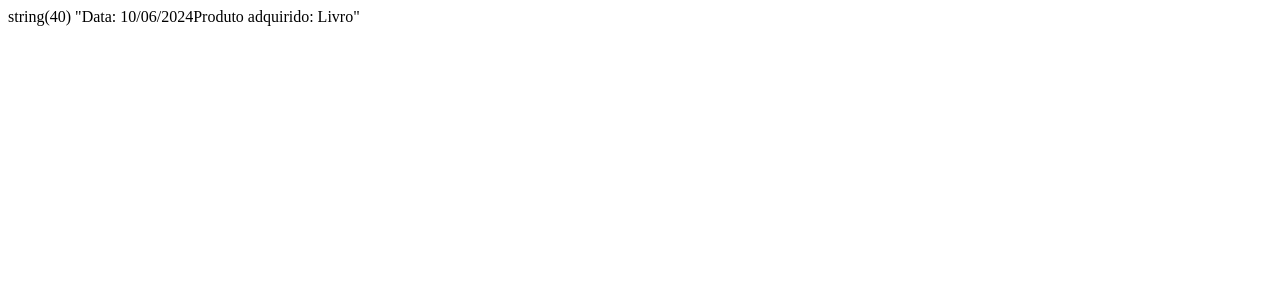
Repository: DiegoCamaraDev/exercicioPhp
Page: http://localhost/vendas.php
These files come from the project's save history. The page is drawn as it stood at one moment and after a run of saves; the edit follows.
The browser window is 1280 px wide. The pictures show the whole page.
The page is run by PHP 8.4 with error messages shown; the project is at /var/www/html/.

Above is the page before, as saved 2024-06-10 15:13:07.

After the next 6 saves:
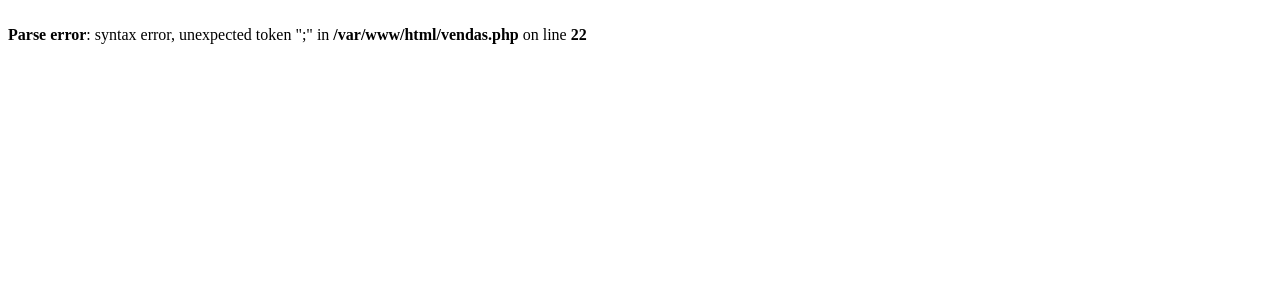
The 6 saves are shown as one change because they came seconds apart.
The last was saved 14 s later.
--- a/vendas.php
+++ b/vendas.php
@@ -19,7 +19,7 @@
 
     public function informacaoVenda()
     {
-       return 'Data: ' . $this->data . 'Produto adquirido: ' . $this->produto . '';
+       return 'Data: ' . $this->data . 'Produto adquirido: ' . $this->produto . 'QTD: ' . $this->qtdProduto . ;
 
     }
 }

After the 2 saves that followed:
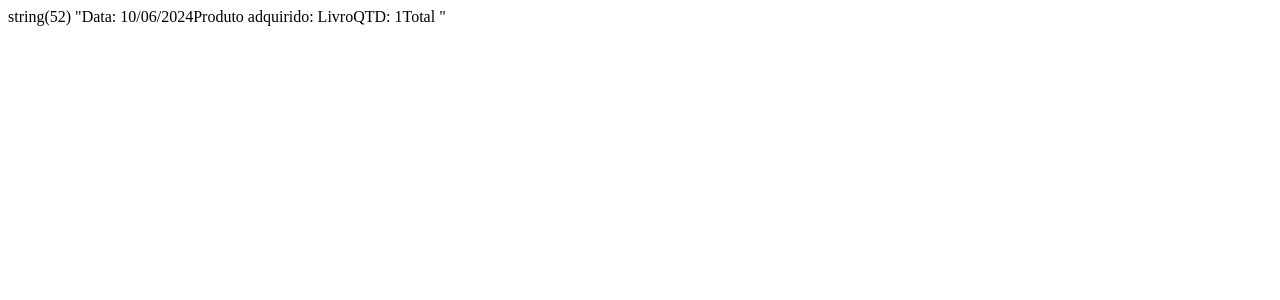
The 2 saves are shown as one change because they came seconds apart.
The last was saved 11 s later.
--- a/vendas.php
+++ b/vendas.php
@@ -19,7 +19,7 @@
 
     public function informacaoVenda()
     {
-       return 'Data: ' . $this->data . 'Produto adquirido: ' . $this->produto . 'QTD: ' . $this->qtdProduto . ;
+       return 'Data: ' . $this->data . 'Produto adquirido: ' . $this->produto . 'QTD: ' . $this->qtdProduto . 'Total ';
 
     }
 }
